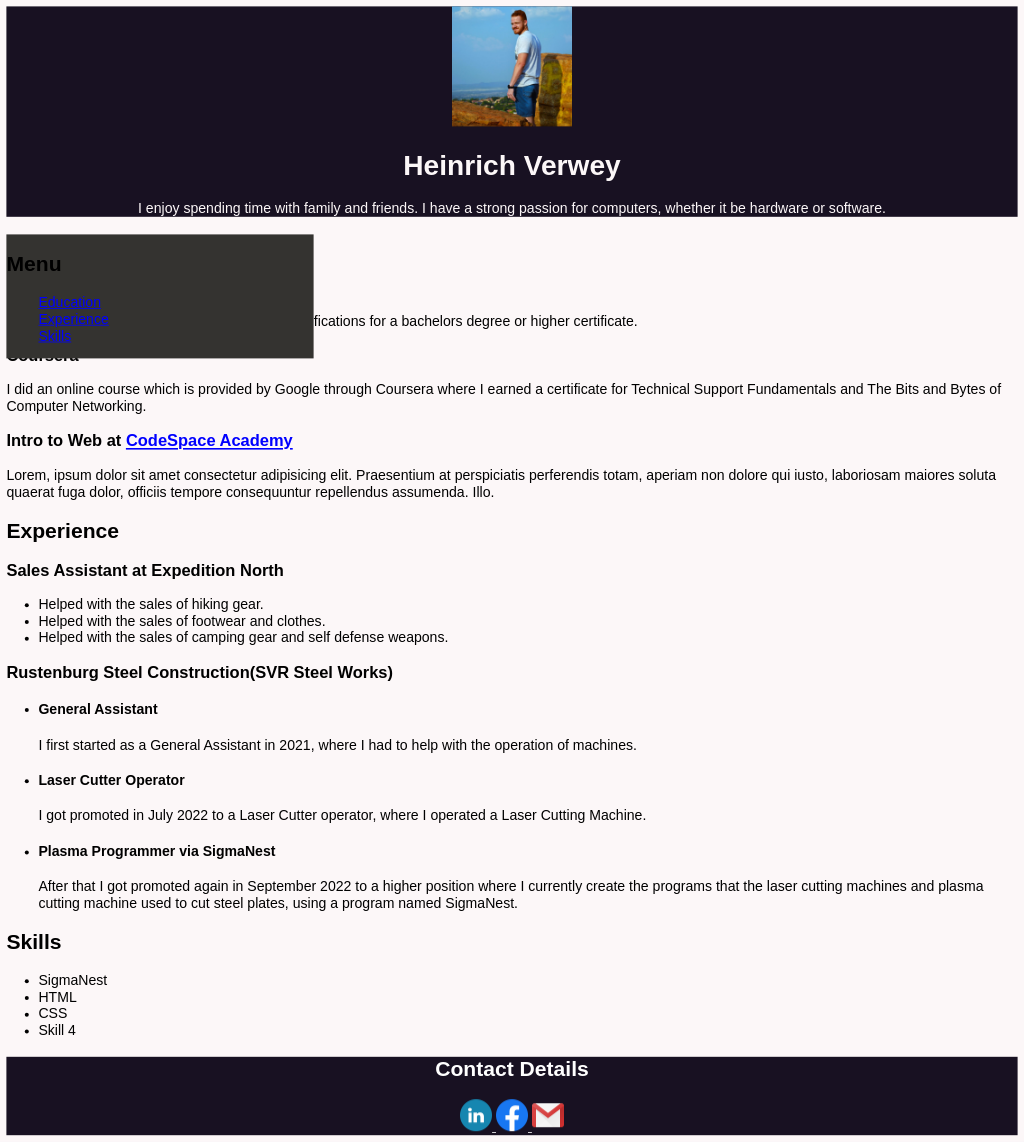
Repository: W3asl3y/IntroToWebDesign
Page: index.html
These files come from the project's save history. The page is drawn as it stood at one moment and after the next save; the edit follows.
The browser window is 1280 px wide. The pictures show the whole page, at 80% of full size.

Above is the page before, as saved 2022-10-22 14:52:05.

### index.html
<!DOCTYPE html>
<html lang="en">
    <head>
        <meta charset="UTF-8">
        <meta http-equiv="X-UA-Compatible" content="IE=edge">
        <meta name="viewport" content="width=device-width, initial-scale=1.0">
        <title>
            My Resume
        </title>
        <link rel="stylesheet" type="text/css" href="css/stylesheet.css">
    </head>
    <body>
        <header id="heading">
            <img src="images/heinrich.jpg" alt="My profile picture" width="150px" >
            <h1>
                 Heinrich Verwey
            </h1>
            <p>
                I enjoy spending time with family and friends. I have a strong passion for computers, whether it be hardware or software.
            </p>
        </header>
        <main>
            <div id="sidebar">
                <nav>
                    <h2>
                        Menu
                    </h2>
                    <ul class="nav-menu">
                        <li>
                            <a href="#education"> Education </a>
                        </li>
                        <li>
                            <a href="#experience"> Experience </a>
                        </li>
                        <li>
                            <a href="#skills"> Skills </a>
                        </li>
                    </ul>
                </nav>
            </div>
            <div id="contents">
                <h2 id=education>
                    Education
                </h2>
                <h3>
                    Rustenburg Highschool
                </h3>
                <p>
                    I matriculated in 2020 and met the minimum qualifications for a bachelors degree or higher certificate.
                </p>
                <h3>
                    Coursera
                </h3>
                <p>
                    I did an online course which is provided by Google through Coursera where I earned a certificate for Technical Support Fundamentals and The Bits and Bytes of Computer Networking.
                </p>
                <h3>
                    Intro to Web at <a href="https://www.codespace.co.za/courses/frontend-web-development/">CodeSpace Academy</a>
                </h3>
                <p>
                    Lorem, ipsum dolor sit amet consectetur adipisicing elit. Praesentium at perspiciatis perferendis totam, aperiam non dolore qui iusto, laboriosam maiores soluta quaerat fuga dolor, officiis tempore consequuntur repellendus assumenda. Illo.
                </p>
                </h3>
                <h2 id="experience">
                    Experience
                </h2>
                <h3>
                    Sales Assistant at Expedition North
                </h3>
                <ul>
                    <li>
                        Helped with the sales of hiking gear.
                    </li>
                    <li>
                        Helped with the sales of footwear and clothes.
                    </li>
                    <li>
                        Helped with the sales of camping gear and self defense weapons.
                    </li>
                </ul>
                <h3>
                    Rustenburg Steel Construction(SVR Steel Works)
                </h3>
                <ul>
                    <li>
                        <h4>
                            General Assistant
                        </h4>
                            <p>
                                I first started as a General Assistant in 2021, where I had to help with the operation of machines.
                            </p>
                    </li>
                    <li>
                        <h4>
                            Laser Cutter Operator
                        </h4>
                            <p>
                                I got promoted in July 2022 to a Laser Cutter operator, where I operated a Laser Cutting Machine.
                            </p>
                    </li>
                    <li>
                        <h4>
                            Plasma Programmer via SigmaNest
                        </h4>
                            <p>
                                After that I got promoted again in September 2022 to a higher position where I currently create the programs that the laser cutting machines and plasma cutting machine used to cut steel plates, using a program named SigmaNest.
                            </p>
                    </li>
                </ul>
                <h2 id="skills">
                    Skills
                </h2>
                <ul>
                    <li>
                        SigmaNest
                    </li>
                    <li>
                        HTML
                    </li>
                    <li>
                        CSS
                    </li>
                    <li>
                        Skill 4
                    </li>
                </ul>
            </div>
        </main>
        <footer>
            <h2>
                Contact Details
            </h2>
                <a href="https://www.linkedin.com/in/heinrich-verwey-1627a7205/">
                    <img src="Images\LinkedIn.webp" alt="My LinkedIn" width="40px">
                </a>
                <a href="https://www.facebook.com/heinrich.verwey.79/">
                    <img src="Images\Facebook.webp" alt="LinkedIn" width="40px" alt=" My Facebook">
                </a>
                <a href="mailto:verwey41@gmail.com" target="_blank">
                    <img src="Images\Gmail.webp" width="40px" alt="My Email">
                </a>
        </footer>
    </body>
</html

### CSS/stylesheet.css
body{
     font-family: sans-serif;
     font-size:110%;
     background-color: #FCF7F8;
}

header {
     text-align: center;
    -webkit-text-fill-color: #FCF7F8;
     background-color: #181122;
}

#sidebar {
    background-color: #343330;
    width: 30%  ;
    float: left;
    position: fixed;


}

.nav-menu {
     list-style: none;

}

a:link {
     color: blue;
}

a:visited {
     color: blue;
}

footer {
     background-color: #181122;
     text-align: center;
     -webkit-text-fill-color: white;
}

After the next save:
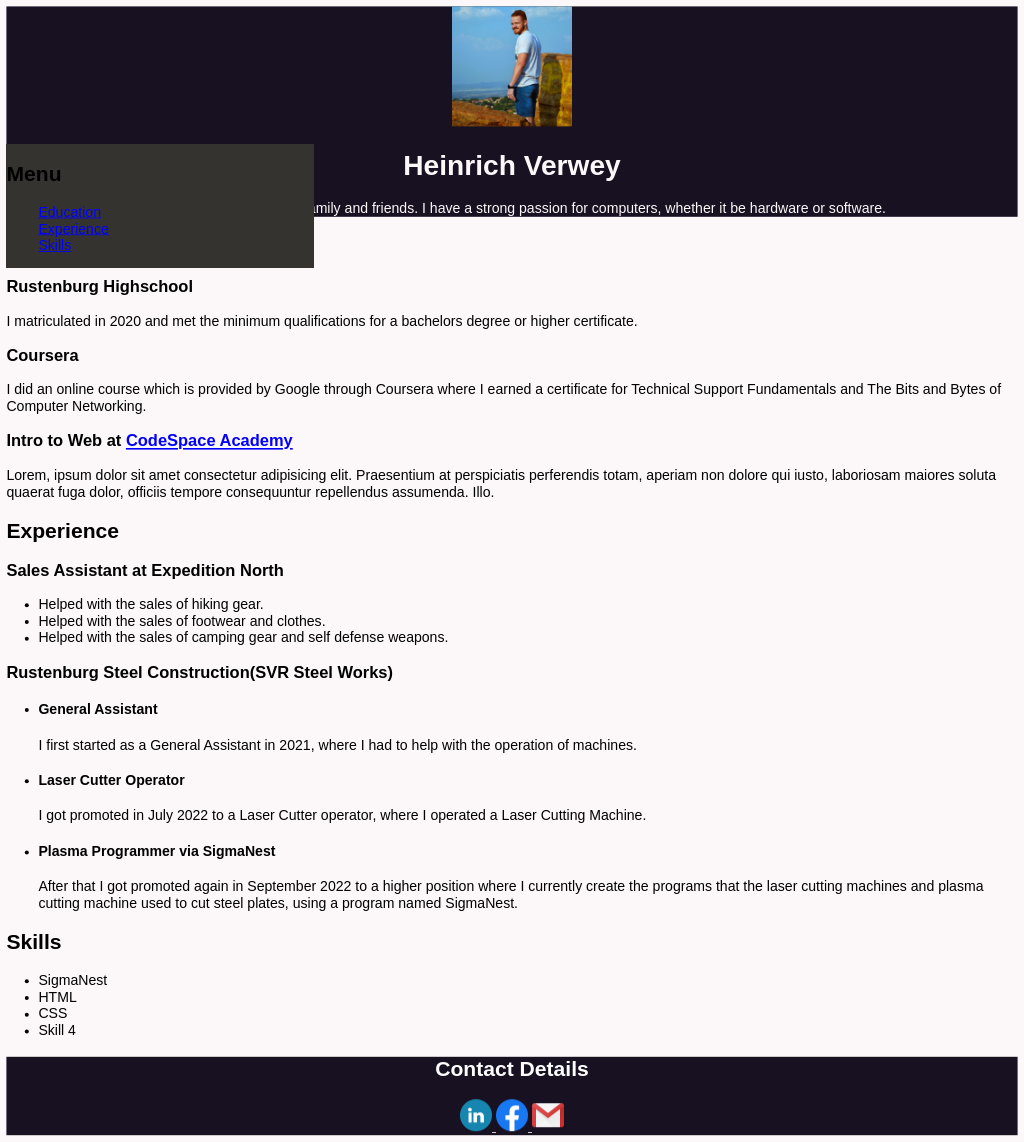
Saved 80 s later.
--- a/CSS/stylesheet.css
+++ b/CSS/stylesheet.css
@@ -15,6 +15,7 @@
     width: 30%  ;
     float: left;
     position: fixed;
+    top:25%;
 
 
 }

After the save that followed:
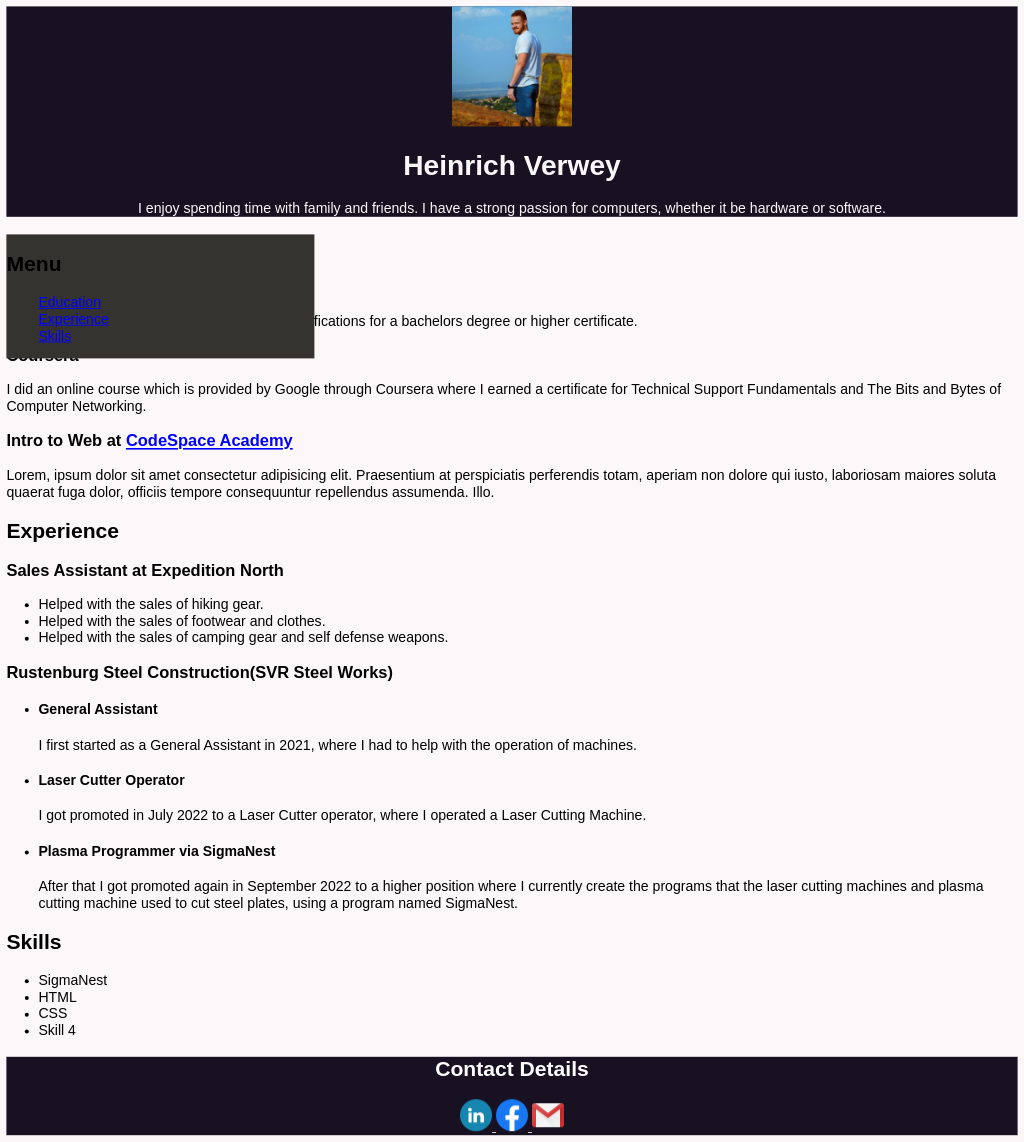
Saved 12 s later.
--- a/CSS/stylesheet.css
+++ b/CSS/stylesheet.css
@@ -15,8 +15,6 @@
     width: 30%  ;
     float: left;
     position: fixed;
-    top:25%;
-
 
 }
 
